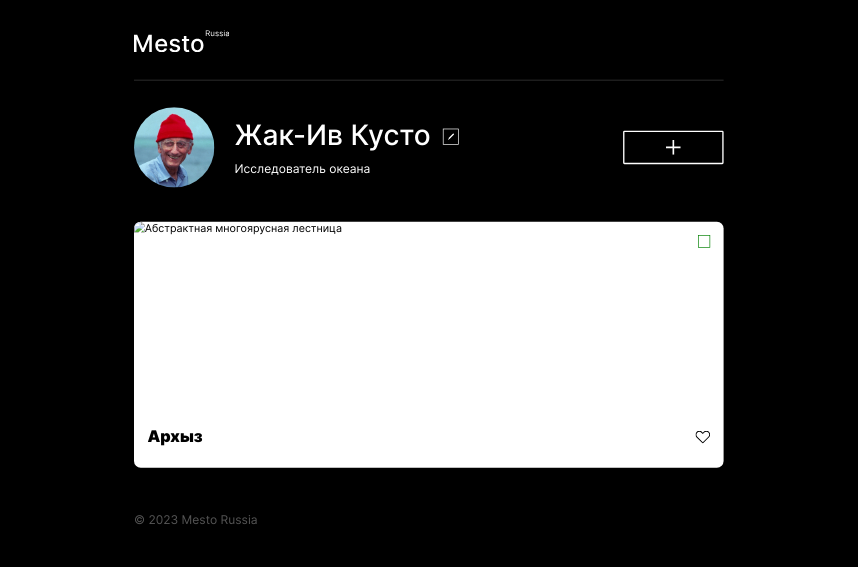
Repository: Dmitry-Rusinov/mesto
Page: index.html
An editor plug-in stored every save of this project. The page is shown before and after the next save, followed by the edit.
The browser window is 1280 px wide. The pictures show the whole page, at 67% of full size.

Above is the page before, as saved 2023-05-12 15:06:26.

### index.html
<!DOCTYPE html>
<html lang="ru">
  <head>
    <meta charset="UTF-8" />
    <meta name="viewport" content="width=device-width, initial-scale=1.0" />
    <link rel="stylesheet" href="./pages/index.css" />
    <title>Третий проект Яндекс.Практикум "Место"</title>
  </head>
  <body class="page">
    <div class="content">
      <header class="header">
        <img
          src="./images/logo.svg"
          alt="Логотип проекта Место.Россия"
          class="header__logo"
        />
      </header>
      <main>
        <section class="profile">
          <img
            src="./images/image.jpg"
            alt="Фотография пользователя"
            class="profile__avatar"
          />
          <div class="profile__info">
            <h1 class="profile__info-title">Жак-Ив Кусто</h1>
            <button
              type="button"
              title="Кнопка редактирования профиля"
              class="profile__edit-button"
            ></button>
            <p class="profile__subtitle">Исследователь океана</p>
          </div>
          <button
            type="button"
            title="Кнопка добавления фото-карточки"
            class="profile__add-button"
          ></button>
        </section>
        <section class="elements">
          <ul class="elements__card">
            <li class="elements__card-content">
              <img
                src="./images/andrea-de-santis-Hu1ixxtInvs-unsplash.jpg"
                alt="Абстрактная многоярусная лестница"
                class="elements__picture"
              />
              <button type="button" title="Кнопка удаления карточки" class="elements__button-delete"></button>
              <div class="elements__description">
                <div class="elements__container">
                  <h2 class="elements__title">Лестница</h2>
                  <button
                    type="button"
                    title="Кнопка лайка картинки"
                    class="elements__button-like"
                  ></button>
                </div>
              </div>
            </li>
            <li class="elements__card-content">
              <img
                src="./images/david-becker-pEqvRg-o-PY-unsplash.jpg"
                alt="Северное сияние"
                class="elements__picture"
              />
              <button type="button" title="Кнопка удаления карточки" class="elements__button-delete"></button>
              <div class="elements__description">
                <div class="elements__container">
                  <h2 class="elements__title">Северное сияние</h2>
                  <button
                    type="button"
                    title="Кнопка лайка картинки"
                    class="elements__button-like"
                  ></button>
                </div>
              </div>
            </li>
            <li class="elements__card-content">
              <img
                src="./images/hamdhulla-shakeeb-S98UHzzXq_E-unsplash.jpg"
                alt="Пляж с пальмами и голубой водой"
                class="elements__picture"
              />
              <button type="button" title="Кнопка удаления карточки" class="elements__button-delete"></button>
              <div class="elements__description">
                <div class="elements__container">
                  <h2 class="elements__title">Пляж</h2>
                  <button
                    type="button"
                    title="Кнопка лайка картинки"
                    class="elements__button-like"
                  ></button>
                </div>
              </div>
            </li>
            <li class="elements__card-content">
              <img
                src="./images/josh-hild-znpfVkfxRgk-unsplash.jpg"
                alt="Девушка с удивленным взглядом в поле цветов"
                class="elements__picture"
              />
              <button type="button" title="Кнопка удаления карточки" class="elements__button-delete"></button>
              <div class="elements__description">
                <div class="elements__container">
                  <h2 class="elements__title">Девушка в цветах</h2>
                  <button
                    type="button"
                    title="Кнопка лайка картинки"
                    class="elements__button-like"
                  ></button>
                </div>
              </div>
            </li>
            <li class="elements__card-content">
              <img
                src="./images/mat-5DDrT2ioNuI-unsplash.jpg"
                alt="Римские колонны"
                class="elements__picture"
              />
              <button type="button" title="Кнопка удаления карточки" class="elements__button-delete"></button>
              <div class="elements__description">
                <div class="elements__container">
                  <h2 class="elements__title">Римские колонны</h2>
                  <button
                    type="button"
                    title="Кнопка лайка картинки"
                    class="elements__button-like"
                  ></button>
                </div>
              </div>
            </li>
            <li class="elements__card-content">
              <img
                src="./images/shana-van-roosbroek-nkS1Y4KsEAw-unsplash.jpg"
                alt="Доски для серфинга на пляже"
                class="elements__picture"
              />
              <button type="button" title="Кнопка удаления карточки" class="elements__button-delete"></button>
              <div class="elements__description">
                <div class="elements__container">
                  <h2 class="elements__title">Серфинг</h2>
                  <button
                    type="button"
                    title="Кнопка лайка картинки"
                    class="elements__button-like"
                  ></button>
                </div>
              </div>
            </li>
          </ul>
        </section>
      </main>
      <footer class="footer">
        <p class="footer__text">© 2023 Mesto Russia</p>
      </footer>
    </div>
    <div class="popup">
      <div class="popup__container">
        <button
          type="button"
          class="popup__closed"
          title="Кнопка закрытия формы"
        ></button>
        <h2 class="popup__title">Редактировать профиль</h2>
        <form name="form" class="popup__form">
          <fieldset class="popup__content">
            <input
              class="popup__input popup__input_user_name"
              type="text"
              id="user-name"
              placeholder="Как вас зовут?"
              minlength="1"
              maxlength="200"
              name="name"
            />
            <input
              class="popup__input popup__input_user_job"
              type="text"
              id="description"
              placeholder="Дополнитерьная информация"
              minlength="1"
              maxlength="400"
              name="job"
            />
          </fieldset>
          <button type="submit" class="popup__submit" value="eddit">
            Сохранить
          </button>
        </form>
      </div>
    </div>
    <script src="./scripts/index.js"></script>
  </body>
</html>

### pages/index.css
@import url(../vendor/normalize.css);
@import url(../vendor/fonts.css);
@import url(../blocks/page/page.css);
@import url(../blocks/content/content.css);

/*header*/
@import url(../blocks/header/header.css);
@import url(../blocks/header/__logo/header__logo.css);

/*profile*/
@import url(../blocks/profile/profile.css);
@import url(../blocks/profile/__add-button/profile__add-button.css);
@import url(../blocks/profile/__avatar/profile__avatar.css);
@import url(../blocks/profile/__edit-button/profile__edit-button.css);
@import url(../blocks/profile/__info/profile__info.css);
@import url(../blocks/profile/__info-title/profile__info-title.css);
@import url(../blocks/profile/__subtitle/profile__subtitle.css);

/*elements*/
@import url(../blocks/elements/elements.css);
@import url(../blocks/elements/__card/elements__card.css);
@import url(../blocks/elements/__button-like/elements__button-like.css);
@import url(../blocks/elements/__card-content/elements__card-content.css);
@import url(../blocks/elements/__container/elements__container.css);
@import url(../blocks/elements/__picture/elements__picture.css);
@import url(../blocks/elements/__title/elements__title.css);
@import url(../blocks/elements/__button-delete/elements__button-delete.css);

/*footer*/
@import url(../blocks/footer/footer.css);
@import url(../blocks/footer/__text/footer__text.css);

/*popup*/
@import url(../blocks/popup/popup.css);
@import url(../blocks/popup/__title/popup__title.css);
@import url(../blocks/popup/__submit/popup__submit.css);
@import url(../blocks/popup/_opened/popup_opened.css);
@import url(../blocks/popup/__input/popup__input.css);
@import url(../blocks/popup/__form/popup__form.css);
@import url(../blocks/popup/__content/popup__content.css);
@import url(../blocks/popup/__container/popup__container.css);
@import url(../blocks/popup/__closed/popup__closed.css);

### vendor/fonts.css
@font-face {
  font-family: 'Inter';
  font-style:  normal;
  font-weight: 400;
  font-display: swap;
  src: url("Inter-Regular.woff2?v=3.19") format("woff2"),
       url("Inter-Regular.woff?v=3.19") format("woff");
}
@font-face {
  font-family: 'Inter';
  font-style:  normal;
  font-weight: 500;
  font-display: swap;
  src: url("Inter-Medium.woff2?v=3.19") format("woff2"),
       url("Inter-Medium.woff?v=3.19") format("woff");
}
@font-face {
  font-family: 'Inter';
  font-style:  normal;
  font-weight: 900;
  font-display: swap;
  src: url("Inter-Black.woff2?v=3.19") format("woff2"),
       url("Inter-Black.woff?v=3.19") format("woff");
}

### blocks/page/page.css
.page {
  font-family: "Inter", Helvetica, Arial, sans-serif;
  background-color: #000000;
  -webkit-text-size-adjust: 100%;
  -ms-text-size-adjust: 100%;
  -moz-text-size-adjust: 100%;
  -webkit-font-smoothing: antialiased;
  -moz-osx-font-smoothing: grayscale;
  text-rendering: optimizeLegibility;
  margin: 0 auto;
  width: 100%;
}

### blocks/content/content.css
.content {
  max-width: calc(1280px - 2 * 200px);
  width: calc(100% - 2 * 200px);
  margin: 45px auto 60px;
  position: relative;
}

@media screen and (max-width: 1279px) {
  .content {
    max-width: calc(1279px - 2 * 15.6%);
    width: calc(100% - 2 * 15.6%);
  }
}

@media screen and (max-width: 768px) {
  .content {
    max-width: calc(768px - 2 * 6%);
    width: calc(100% - 2 * 6%);
    margin: 28px auto 36px;
  }
}

@media screen and (max-width: 320px) {
  .content {
    width: 100%;
  }
}

### blocks/header/header.css
.header {
  display: flex;
  flex-direction: column;
  justify-content: space-between;
  margin: 0;
  border-bottom: 1px solid rgba(84, 84, 84, 0.7);
}

### blocks/header/__logo/header__logo.css
.header__logo {
  object-fit: contain;
  margin-bottom: 41px;
  max-width: 142px;
}

@media screen and (max-width: 320px) {
  .header__logo {
    max-width: 103.74px;
    margin-bottom: 31.6px;
    margin-left: 27px;
  }
}

### blocks/profile/profile.css
.profile {
  display: flex;
  width: 100%;
  margin: 40px auto 0;
  align-items: center;
}
@media screen and (max-width: 980px) {
  .profile {
    flex-direction: column;
  }
}

### blocks/profile/__add-button/profile__add-button.css
.profile__add-button {
  background-image: url(../../../images/addBottonPlus.svg);
  width: 150px;
  height: 50px;
  background-repeat: no-repeat;
  background-position: center;
  background-color: transparent;
  border: 2px solid #ffffff;
  border-radius: 2px;
  box-sizing: border-box;
  cursor: pointer;
  align-self: center;
  margin-left: auto;
  transition: opacity 0.6s;
}

.profile__add-button:hover {
  opacity: 0.6;
}

@media screen and (max-width: 980px) {
  .profile__add-button {
    margin: auto;
    width: 330px;
  }
}

@media screen and (max-width: 425px) {
  .profile__add-button {
    width: 234px;
  }
}

@media screen and (max-width: 320px) {
  .profile__add-button {
    max-width: calc(320px - 2 * 19px);
    width: calc(100% - 2 * 19px);
    background-size: 16px;
  }
}

### blocks/profile/__avatar/profile__avatar.css
.profile__avatar {
  object-fit: cover;
  border-radius: 50%;
  width: 120px;
  height: 120px;
  margin-right: 30px;
  padding: 0;
}

@media screen and (max-width: 980px) {
  .profile__avatar {
    margin: 0 auto 26px;
  }
}

### blocks/profile/__edit-button/profile__edit-button.css
.profile__edit-button {
  border: 1px solid #ffffff;
  background-image: url(../../../images/edit-button.svg);
  height: 24px;
  width: 24px;
  background-color: transparent;
  background-position: center;
  cursor: pointer;
  transition: opacity 0.6s;
  box-sizing: border-box;
  padding: 0;
  background-repeat: no-repeat;
}

.profile__edit-button:hover {
  opacity: 0.6;
}

@media screen and (max-width: 425px) {
  .profile__edit-button {
    height: 18px;
    width: 18px;
    background-size: 8px;
  }
}

### blocks/profile/__info/profile__info.css
.profile__info {
  display: grid;
  grid-template-columns: 1fr 24px;
  column-gap: 18px;
  row-gap: 16px;
  align-items: baseline;
  box-sizing: border-box;
  max-width: 336px;
}

@media screen and (max-width: 980px) {
  .profile__info {
    margin: 0 auto 36px;
  }
}

@media screen and (max-width: 425px) {
  .profile__info {
    grid-template-columns: 1fr 18px;
    column-gap: 14px;
    row-gap: 10px;
  }
}

### blocks/profile/__info-title/profile__info-title.css
.profile__info-title {
  color: white;
  font-style: normal;
  font-weight: 500;
  font-size: 42px;
  line-height: 48px;
  margin: 0;
  padding: 0;
  text-overflow: ellipsis;
  white-space: nowrap;
  overflow: hidden;
  vertical-align: baseline;
}

@media screen and (max-width: 980px) {
  .profile__info-title {
    text-align: center;
  }
}

@media screen and (max-width: 425px) {
  .profile__info-title {
    font-size: 27px;
    line-height: 33px;
  }
}

### blocks/profile/__subtitle/profile__subtitle.css
.profile__subtitle {
  font-style: normal;
  font-weight: 400;
  font-size: 18px;
  line-height: 1.22;
  margin: 0;
  padding: 0;
  color: #ffffff;
  text-overflow: ellipsis;
  white-space: nowrap;
  overflow: hidden;
}

@media screen and (max-width: 980px) {
  .profile__subtitle {
    text-align: center;
    grid-column: 1 / 3;
  }
}

@media screen and (max-width: 425px) {
  .profile__subtitle {
    font-size: 14px;
    line-height: 17px;
  }
}

### blocks/elements/elements.css
.elements {
  margin: 51px auto 0;
}

@media screen and (max-width: 425px) {
  .elements {
    margin: 36px auto 0;
  }
}

### blocks/elements/__card/elements__card.css
.elements__card {
  list-style: none;
  display: grid;
  grid-template-columns: repeat(3, 1fr);
  column-gap: 17px;
  row-gap: 20px;
  margin: 0;
  padding: 0;
}

@media screen and (max-width: 1279px) {
  .elements__card {
    grid-template-columns: repeat(2, 1fr);
    max-width: max-content;
    margin: 0 auto;
  }
}

@media screen and (max-width: 980px) {
  .elements__card {
    grid-template-columns: 1fr;
  }
}

### blocks/elements/__button-like/elements__button-like.css
.elements__button-like {
  background-image: url(../../../images/botton-like.svg);
  width: 22px;
  height: 19px;
  border: 0;
  background-color: transparent;
  cursor: pointer;
  transition: opacity 0.6s;
}

.elements__button-like:hover {
  opacity: 0.5;
}

.elements__button-like:active {
  background-image: url(../../../images/button-like-active.svg);
  opacity: 1;
}

### blocks/elements/__card-content/elements__card-content.css
.elements__card-content {
  display: flex;
  position: relative;
  flex-direction: column;
  border-radius: 10px;
  margin: 0;
  padding: 0;
  overflow: hidden;
  background: #FFFFFF;
}

### blocks/elements/__container/elements__container.css
.elements__container {
  display: flex;
  justify-content: space-between;
  margin: 25px 20px 31px;
  align-items: center;
}

### blocks/elements/__picture/elements__picture.css
.elements__picture {
  height: 282px;
  width: 100%;
  object-fit: cover;
}

### blocks/elements/__title/elements__title.css
.elements__title {
  font-style: normal;
  font-weight: 900;
  font-size: 1.5em;
  line-height: 1.2;
  margin: 0;
  padding: 0;
  max-width: 220px;
  text-overflow: ellipsis;
  white-space: nowrap;
  overflow: hidden;
}

### blocks/elements/__button-delete/elements__button-delete.css
.elements__button-delete {
  position: absolute;
  background-image: url(../../../images/deleteCard-basket.svg);
  cursor: pointer;
  top: 20px;
  right: 20px;
  width: 18px;
  height: 19px;
  border: 1px solid green;
  background-color: transparent;
  background-repeat: no-repeat;
  transition: opacity 0.6s;
}

.elements__button-delete:hover {
  opacity: 0.6;
}

### blocks/footer/footer.css
.footer {
  max-width: 318px;
  margin-top: 67px;
  margin-right: auto;
}

@media screen and (max-width: 425px) {
  .footer {
    margin-top: 48px;
  }
}

### blocks/footer/__text/footer__text.css
.footer__text {
  font-style: normal;
  font-weight: 400;
  font-size: 18px;
  line-height: 22px;
  color: #545454;
  margin: 0;
  padding: 0;
}

@media screen and (max-width: 320px) {
  .footer__text {
    font-size: 14px;
    line-height: 17px;
    margin: 0 19px;
  }
}

### blocks/popup/popup.css
.popup {
  position: fixed;
  top: 0;
  left: 0;
  z-index: 5;
  width: 100%;
  height: 100%;
  display: none;
  background-color: rgba(0, 0, 0, 0.5);
  justify-content: center;
  align-items: center;
}

### blocks/popup/__title/popup__title.css
.popup__title {
  font-style: normal;
  font-weight: 900;
  font-size: 24px;
  line-height: 29px;
  margin: 0;
  padding: 0;
}

@media screen and (max-width: 768px) {
  .popup__title {
    font-size: 18px;
    line-height: 22px;
  }
}

### blocks/popup/__submit/popup__submit.css
.popup__submit {
  margin: 0;
  padding-top: 14px;
  padding-bottom: 14px;
  border-radius: 2px;
  background-color: #000000;
  color: #fff;
  width: 100%;
  font-style: normal;
  font-weight: 400;
  font-size: 18px;
  line-height: 22px;
  text-align: center;
  border: none;
  transition: .6s ease;
  cursor: pointer;
}

.popup__submit:hover {
  background-color: rgba(0, 0, 0, .8);
}

@media screen and (max-width: 768px) {
  .popup__submit {
    margin: 28px 0 0;
    font-size: 14px;
    line-height: 17px;
  }
}

### blocks/popup/__input/popup__input.css
.popup__input {
  border: none;
  border-bottom: 1px solid rgba(0, 0, 0, 0.2);
  padding: 13px 0 10px;
  margin: 0 0 17px;
  width: 100%;
  font-style: normal;
  font-weight: 400;
  font-size: 14px;
  line-height: 17px;
}

### blocks/popup/__form/popup__form.css
.popup__form {
  display: flex;
  flex-direction: column;
  box-sizing: border-box;
  margin-top: 35px;
}

@media screen and (max-width: 768px) {
  .popup__form {
    margin-top: 62px;
  }
}

### blocks/popup/__content/popup__content.css
.popup__content {
  padding: 0;
  margin: 0 0 31px;
  border: none;
  flex-direction: column;
}
@media screen and (max-width: 768px) {
  .popup__content {
    margin: 0;
  }
}

### blocks/popup/__container/popup__container.css
.popup__container {
  border-radius: 10px;
  background: #fff;
  width: 358px;
  position: relative;
  box-shadow: 0px 0px 25px rgba(0, 0, 0, 0.15);
  flex-direction: column;
  z-index: 5;
  padding: 34px 36px 37px;
}

@media screen and (max-width: 768px) {
  .popup__container {
    width: 238px;
    padding: 25px 22px;
  }
}

### blocks/popup/__closed/popup__closed.css
.popup__closed {
  position: absolute;
  top: -40px;
  right: -40px;
  transition: opacity 0.6s;
  cursor: pointer;
  background-image: url(../../../images/close-icon.svg);
  height: 32px;
  width: 32px;
  background-color: transparent;
  border: none;
}

.popup__closed:hover {
  opacity: 0.6;
}

@media screen and (max-width: 768px) {
  .popup__closed {
    top: -36px;
    right: 0;
    background-image: url(../../../images/close-icon-mini.svg);
    height: 20px;
    width: 20px;
  }
}

### scripts/index.js
const buttonPopupOpen = document.querySelector('.profile__edit-button');
const popup = document.querySelector('.popup');
const buttonPopupClosed = document.querySelector('.popup__closed');
let formElement = document.querySelector('.popup__form');
let nameInput = document.querySelector('.popup__input_user_name');
let jobInput = document.querySelector('.popup__input_user_job');
let newNameInput = document.querySelector('.profile__info-title');
let newJobInput = document.querySelector('.profile__subtitle');

const togglePopupState = (popupToToggle) => popupToToggle.classList.toggle('popup_opened');

buttonPopupOpen.addEventListener('click', () => {
  togglePopupState(popup);
  nameInput.value = newNameInput.textContent;
  jobInput.value = newJobInput.textContent;
});

buttonPopupClosed.addEventListener('click', () => togglePopupState(popup));
/*popup.addEventListener('click', (evt) => {
  if (evt.target === evt.currentTarget) {
    togglePopupState(popup)
  }
})*/

function handleFormSubmit (evt) {
    evt.preventDefault();
    newNameInput.textContent = nameInput.value;
    newJobInput.textContent = jobInput.value;
    togglePopupState(popup);
}
// Прикрепляем обработчик к форме:
// он будет следить за событием “submit” - «отправка»
formElement.addEventListener('submit', handleFormSubmit);

const elementsCard = document.querySelector('.elements__card');
const elementsCardContent = document.querySelector('.elements__card-content').content;
//const elementsPicture = document.querySelector('.elements__picture');
//const elementsTitle = document.querySelector('.elements__title');


const initialCards = [
  {
    name: 'Архыз',
    link: 'https://pictures.s3.yandex.net/frontend-developer/cards-compressed/arkhyz.jpg'
  },
  {
    name: 'Челябинская область',
    link: 'https://pictures.s3.yandex.net/frontend-developer/cards-compressed/chelyabinsk-oblast.jpg'
  },
  {
    name: 'Иваново',
    link: 'https://pictures.s3.yandex.net/frontend-developer/cards-compressed/ivanovo.jpg'
  },
  {
    name: 'Камчатка',
    link: 'https://pictures.s3.yandex.net/frontend-developer/cards-compressed/kamchatka.jpg'
  },
  {
    name: 'Холмогорский район',
    link: 'https://pictures.s3.yandex.net/frontend-developer/cards-compressed/kholmogorsky-rayon.jpg'
  },
  {
    name: 'Байкал',
    link: 'https://pictures.s3.yandex.net/frontend-developer/cards-compressed/baikal.jpg'
  }
];

const elementsInfo = initialCards.map((item) => {
  return {
    name: item.name,
    link: item.link
  };
});

function createCard({name, link}) {
  //const changedElements = elementsCard.querySelector('.elements__card-content').cloneNode(true);
  const changedElements = elementsCard.querySelector('.elements__card-content').cloneNode(true);
  changedElements.querySelector('.elements__title').textContent = name;
  changedElements.querySelector('.elements__picture').src = link;
  elementsCard.replaceWith(changedElements);
}

function create() {
  elementsInfo.forEach(createCard);
}

create();

Loaded but not shown: vendor/normalize.css (library); blocks/popup/_opened/popup_opened.css (common file)

After the next save:
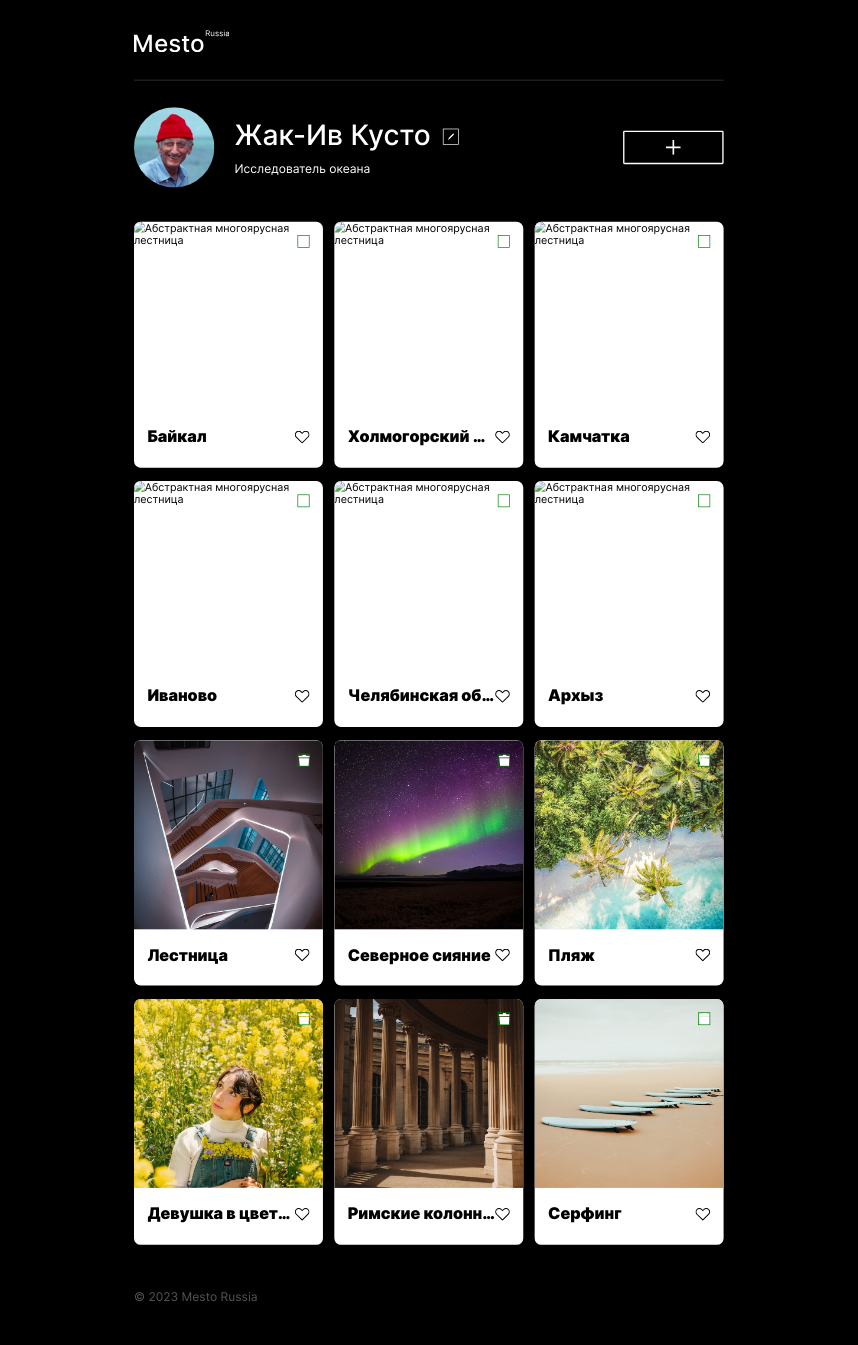
Saved 60 s later.
--- a/scripts/index.js
+++ b/scripts/index.js
@@ -77,7 +77,7 @@ function createCard({name, link}) {
   const changedElements = elementsCard.querySelector('.elements__card-content').cloneNode(true);
   changedElements.querySelector('.elements__title').textContent = name;
   changedElements.querySelector('.elements__picture').src = link;
-  elementsCard.replaceWith(changedElements);
+  elementsCard.prepend(changedElements);
 }
 
 function create() {
